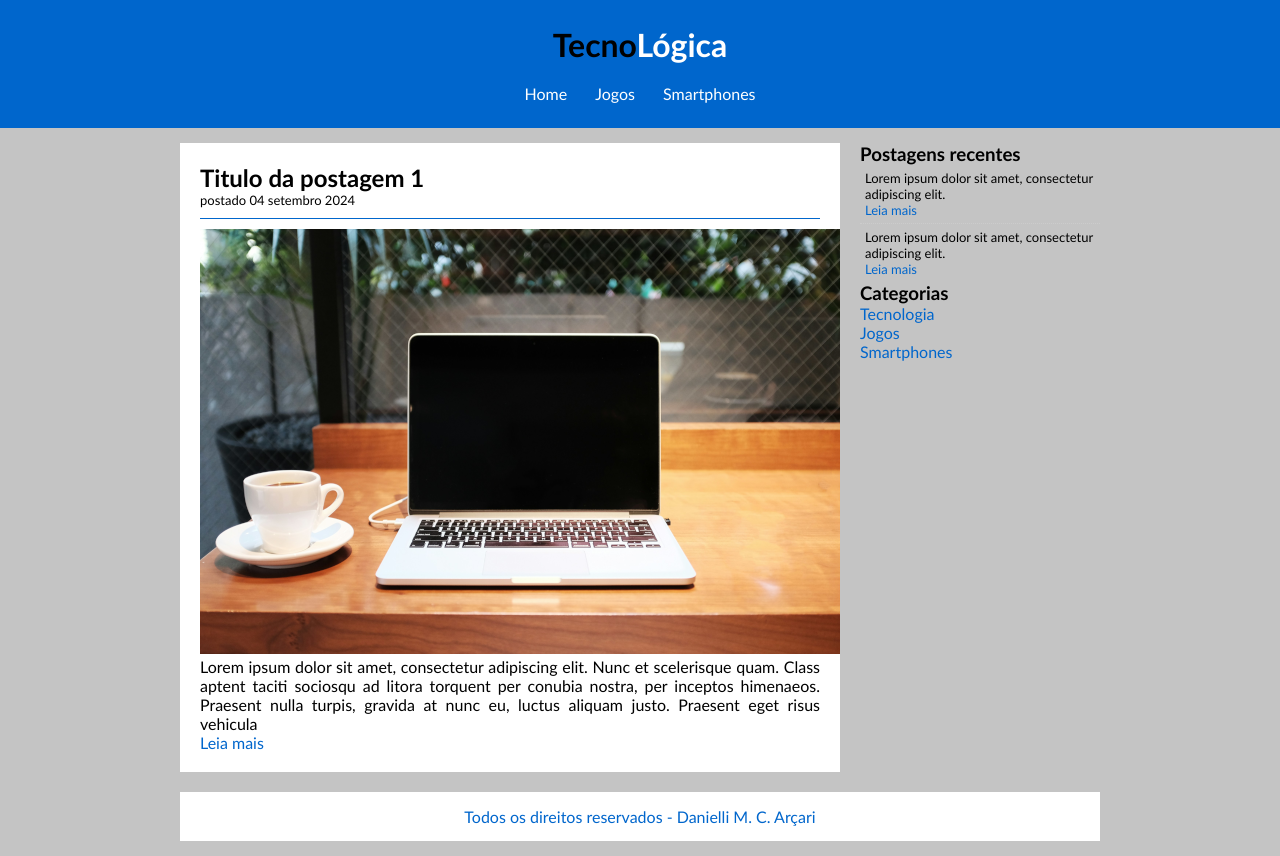
Repository: danielli-arcari/blog-html-css
Page: index.html
An editor plug-in stored every save of this project. The page is shown before and after the next save, followed by the edit.
The browser window is 1280 px wide. The pictures show the whole page.

Above is the page before, as saved 2026-03-10 16:51:29.

After the next save:
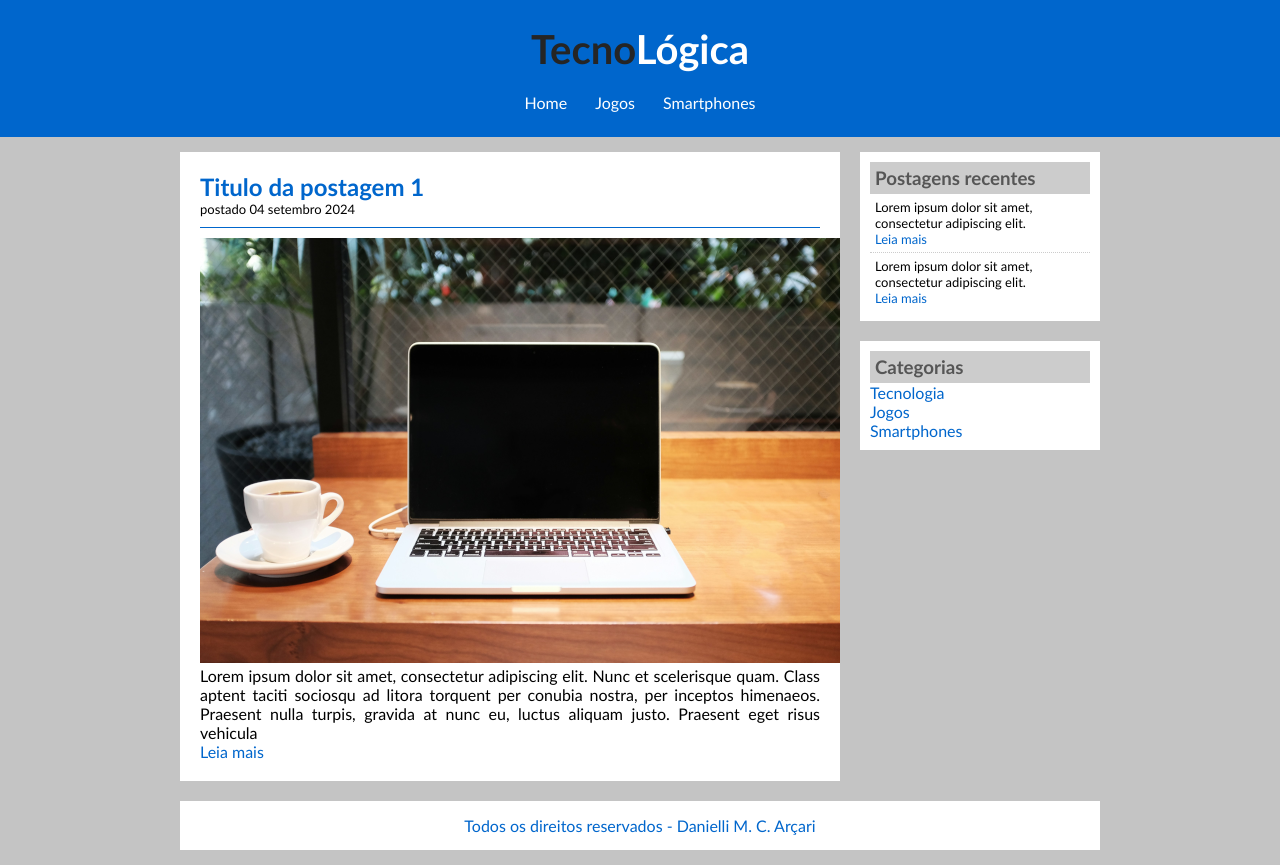
Saved 4 min 20 s later.
--- a/css/style.css
+++ b/css/style.css
@@ -13,6 +13,21 @@ body{
     font-size: 16px;
     font-family: 'Trebuchet MS', 'Lucida Sans Unicode', 'Lucida Grande', 'Lucida Sans', Arial, sans-serif;
     background-color: #C4C4C4;
+}
+
+h1{
+    color: #252525;
+    font-size: 40px;
+}
+
+h2{
+    color: #0066CC;
+}
+
+h3{
+    color: #565656;
+    background: #CCCCCC;
+    padding: 5px;
 }
 
 /*
@@ -82,7 +97,7 @@ body{
 /*
 ***content right***
 */
-#content-right{
+.content-right{
     background: #FFFFFF;
     padding: 10px;
     margin-bottom: 20px;
